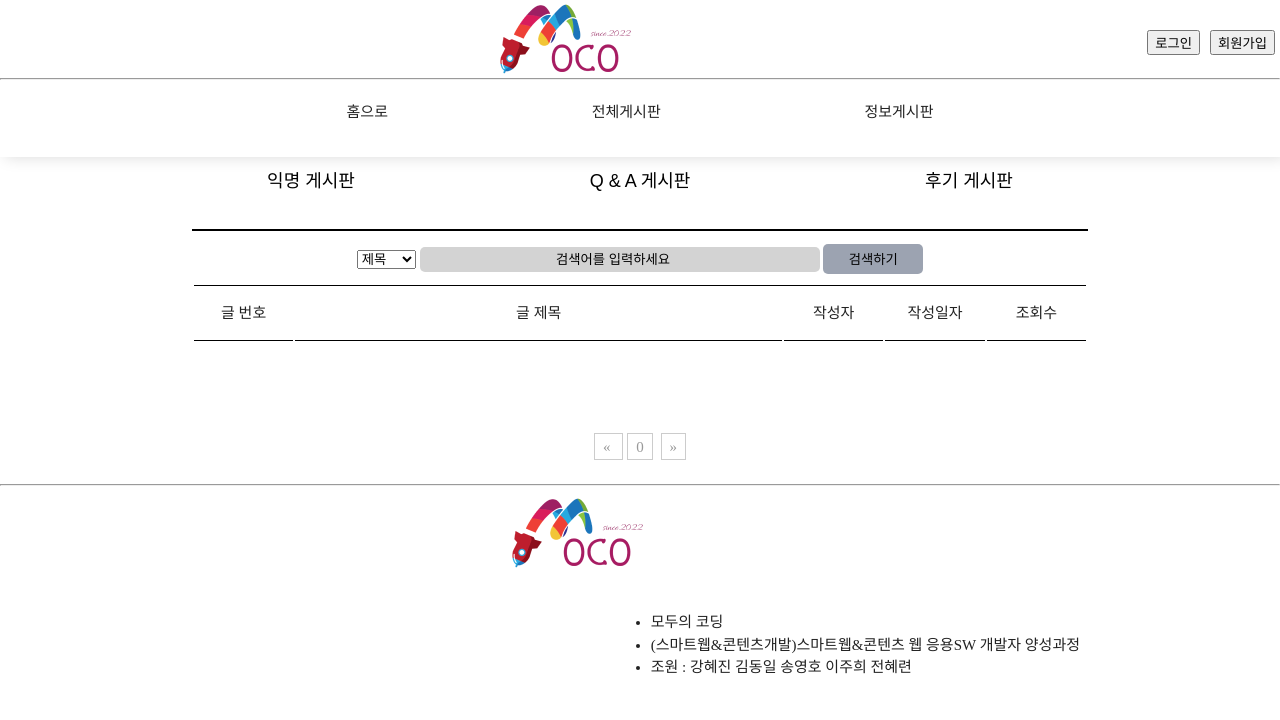
Repository: Pmyjava/mocosemi
Page: http://localhost/moco_SemiProject/WEB-INF/views/board/boardListReview.jsp
These files come from the project's save history. The page is drawn as it stood at one moment and after the next save; the edit follows.
The browser window is 1280 px wide. The pictures show the whole page.
The page is served by Tomcat 9. Nobody is signed in. The template is opened directly, without the code that normally fills it, so the values that code supplies are empty.

Above is the page before, as saved 2022-11-23 05:28:23.
Console error: SyntaxError: Unexpected token ';'

After the next save:
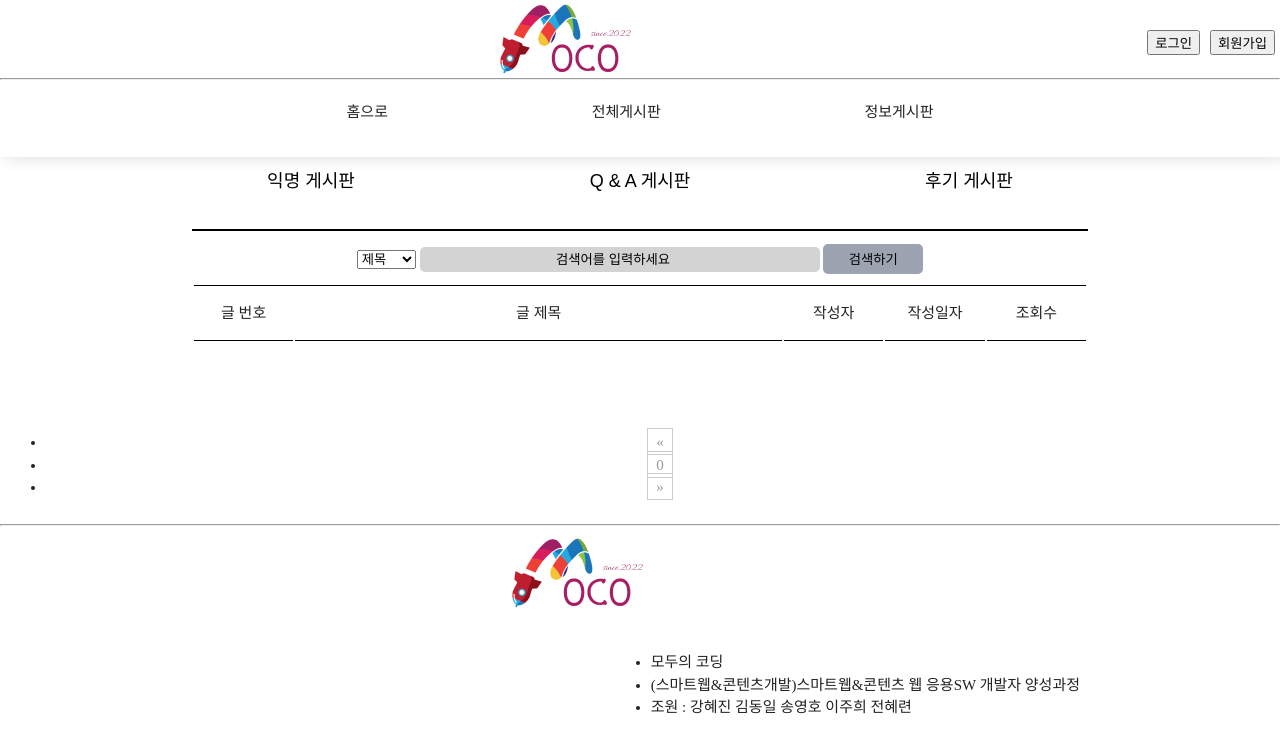
Saved 73 s later.
--- a/Semi_project2/moco_SemiProject/src/main/webapp/WEB-INF/views/board/boardListReview.jsp
+++ b/Semi_project2/moco_SemiProject/src/main/webapp/WEB-INF/views/board/boardListReview.jsp
@@ -35,72 +35,7 @@
         #header{border: 1px solid black;}
         #footD{border: 1px solid black;}
 
-		 .page{
-		  text-align: center;  // div 사이즈 영역 안에서의 center
-		  width: 50%;}
-
-		.pagination {
-		  list-style: none;
-		  display: inline-block;
-		  padding: 0;
-		  margin-top: 20px;}
-
-		.pagination li {
-		  display: inline;
-		  text-align: center;}
-
-		// 숫자들에 대한 스타일 지정
-		.pagination a {
-		  float: left;
-		  display: block;
-		  font-size: 14px;
-		  text-decoration: none;
-		  padding: 5px 12px;
-		  color: #96a0ad;
-		  line-height: 1.5;}
-
-		.first{
-		  margin-right: 15px;}
-
-		.last{
-		  margin-left: 15px;}
-
-		.first:hover, .last:hover, .left:hover, .right:hover{
-		  color: #2e9cdf;}
-
-		.pagination a.active {
-		  cursor: default;
-		  color: #ffffff;}
-
-		.pagination a:active {
-		  outline: none;}
-
-		.modal .num {
-		  margin-left: 3px;
-		  padding: 0;
-		  width: 30px;
-		  height: 30px;
-		  line-height: 30px;
-		  -moz-border-radius: 100%;
-		  -webkit-border-radius: 100%;
-		  border-radius: 100%;}
-
-		.modal .num:hover {
-		  background-color: #2e9cdf;
-		  color: #ffffff;}
-
-		.modal .num.active, .modal .num:active {
-		  background-color: #2e9cdf;
-		  cursor: pointer;}
-
-		.arrow-left {
-		  width: 0;
-		  height: 0;
-		  border-top: 10px solid transparent;
-		  border-bottom: 10px solid transparent;
-		  border-right:10px solid blue; }
-
-        		.page{padding-top:25px; text-align:center;}
+        .page{padding-top:25px; text-align:center;}
     	.page {padding:3px; MARGIN:3px; TEXT-ALIGN: center}
     	.page A {padding:5px 8px 4px 8px; MARGIN: 2px; BORDER: #ccc 1px solid; COLOR: #999; TEXT-DECORATION: none}
     	.page A:hover {BORDER:#999 1px solid; COLOR: #666;}
